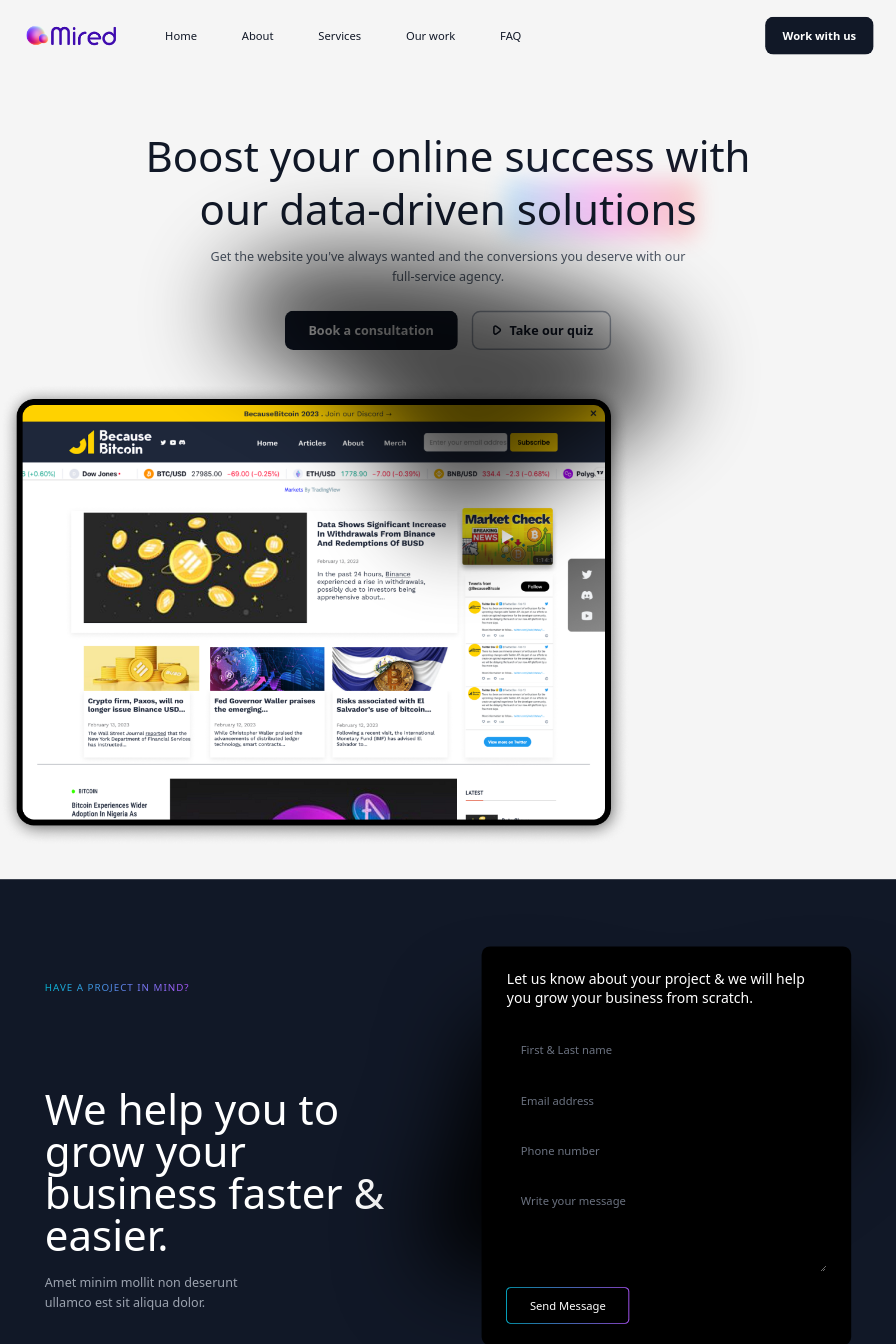
Repository: ornelasedward/mired_website
Page: /
The author's editor kept a copy of each file at every save. The page is drawn from the files as they stood at one save, then again after the next save.
The browser window is 1280 px wide. The pictures show the part of the page from y = 0 to 1920 px (the page is 6401 px tall), at 70% of full size.
The project was rebuilt for these pictures with package versions that can differ from the ones it lists, and the page was loaded fresh each time. The framework's server and built-in components were replaced by stand-ins that run in the browser. Also part of the build but not shown: next.config.js.

Above is the page before, as saved 2023-03-28 07:34:55.

After the next save:
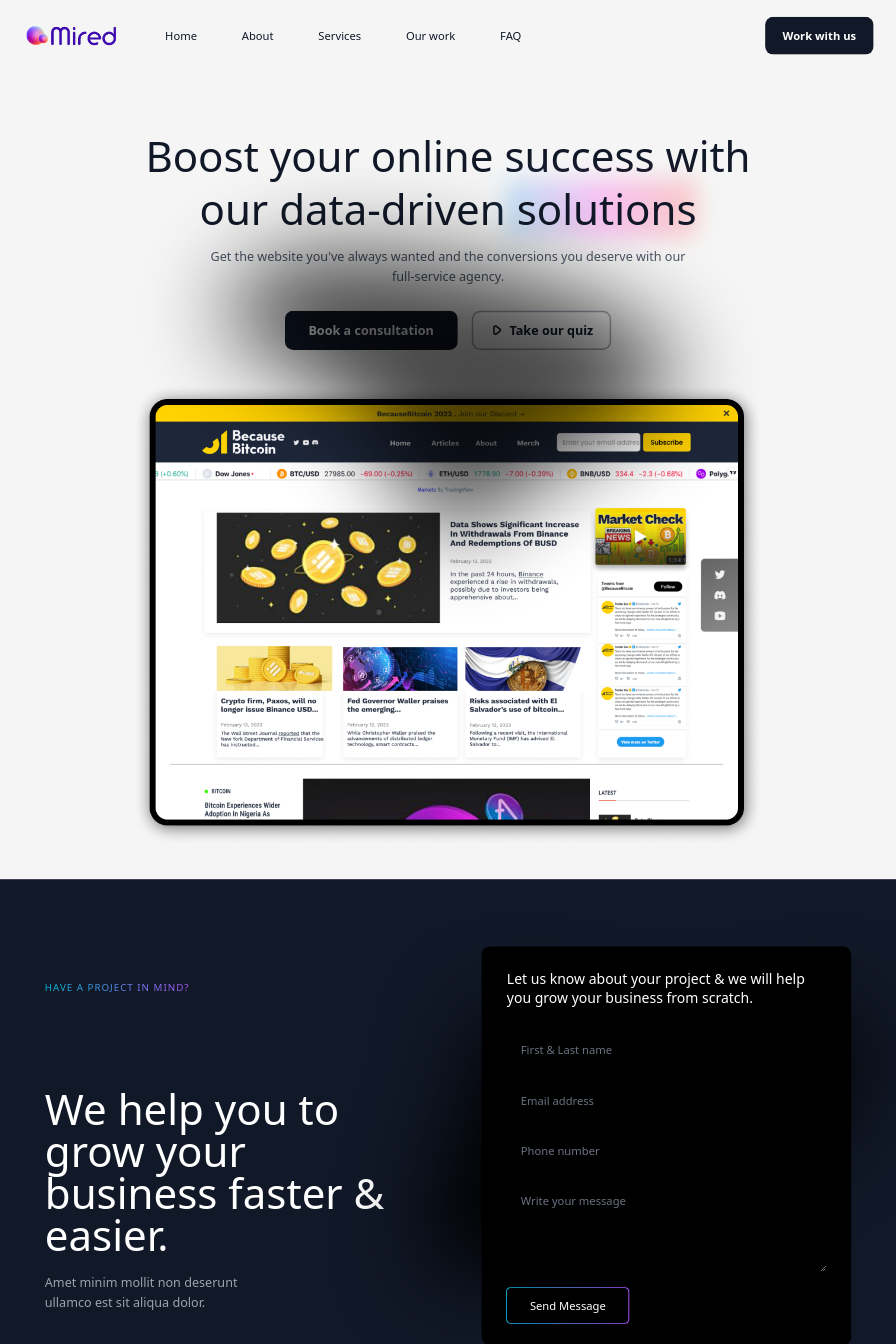
Saved 9 s later.
--- a/components/Hero.tsx
+++ b/components/Hero.tsx
@@ -224,7 +224,13 @@
 
         <div className="py-12">
           <div className="">
-            <Image className="" src={header} alt="" width={900} height={900} />
+            <Image
+              className="m-auto"
+              src={header}
+              alt=""
+              width={900}
+              height={900}
+            />
           </div>
         </div>
       </section>
